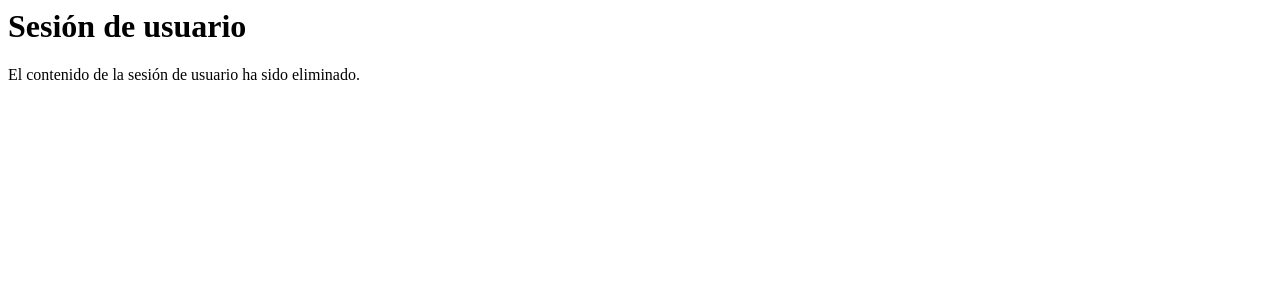
Repository: fernandoduran/JavaEE
Page: http://localhost/Sesions/invalidar
An editor plug-in stored every save of this project. The page is shown before and after the next save, followed by the edit.
The browser window is 1280 px wide. The pictures show the whole page.
The page is served by Tomcat 9.

Above is the page before, as saved 2017-02-20 18:46:15.

After the next save:
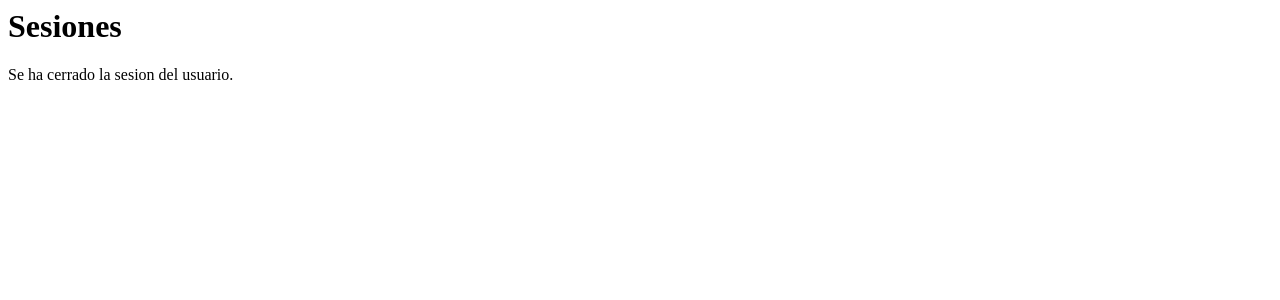
Saved 44 s later.
--- a/Sesions/src/InvalidarSesionServlet.java
+++ b/Sesions/src/InvalidarSesionServlet.java
@@ -28,21 +28,21 @@ public class InvalidarSesionServlet extends HttpServlet {
 	protected void doGet(HttpServletRequest request, HttpServletResponse response) throws ServletException, IOException {
 
 
-		response.setContentType("text/html");
+		 HttpSession sesion= request.getSession();
+		 sesion.invalidate();
+		 response.setContentType("text/html");
+		 PrintWriter out= response.getWriter();
+		 out.println("<html>");
+		 out.println("<head>");
+		 out.println("<title>Sesiones</title>");
+		 out.println("<meta charset='utf-8'>");
+		 out.println("</head>");
+		 out.println("<body>");
+		 out.println("<h1>Sesiones</h1>");
+		 out.println("<p>Se ha cerrado la sesion del usuario.</p>");
 
-		PrintWriter out = response.getWriter();
-		HttpSession sesion = request.getSession();
-		sesion.invalidate();
-
-		out.println("<html>");
-		out.println("<head>");
-		out.println("<title>Sesiones</title>");
-		out.println("</head>");
-		out.println("<body>");
-		out.println("<h1>Sesión de usuario</h1>");
-		out.println("El contenido de la sesión de usuario ha sido eliminado.");
-		out.println("</body>");
-		out.println("</html>");
+		 out.println("</body>");
+		 out.println("</html>");
 	}
 
 	/**
